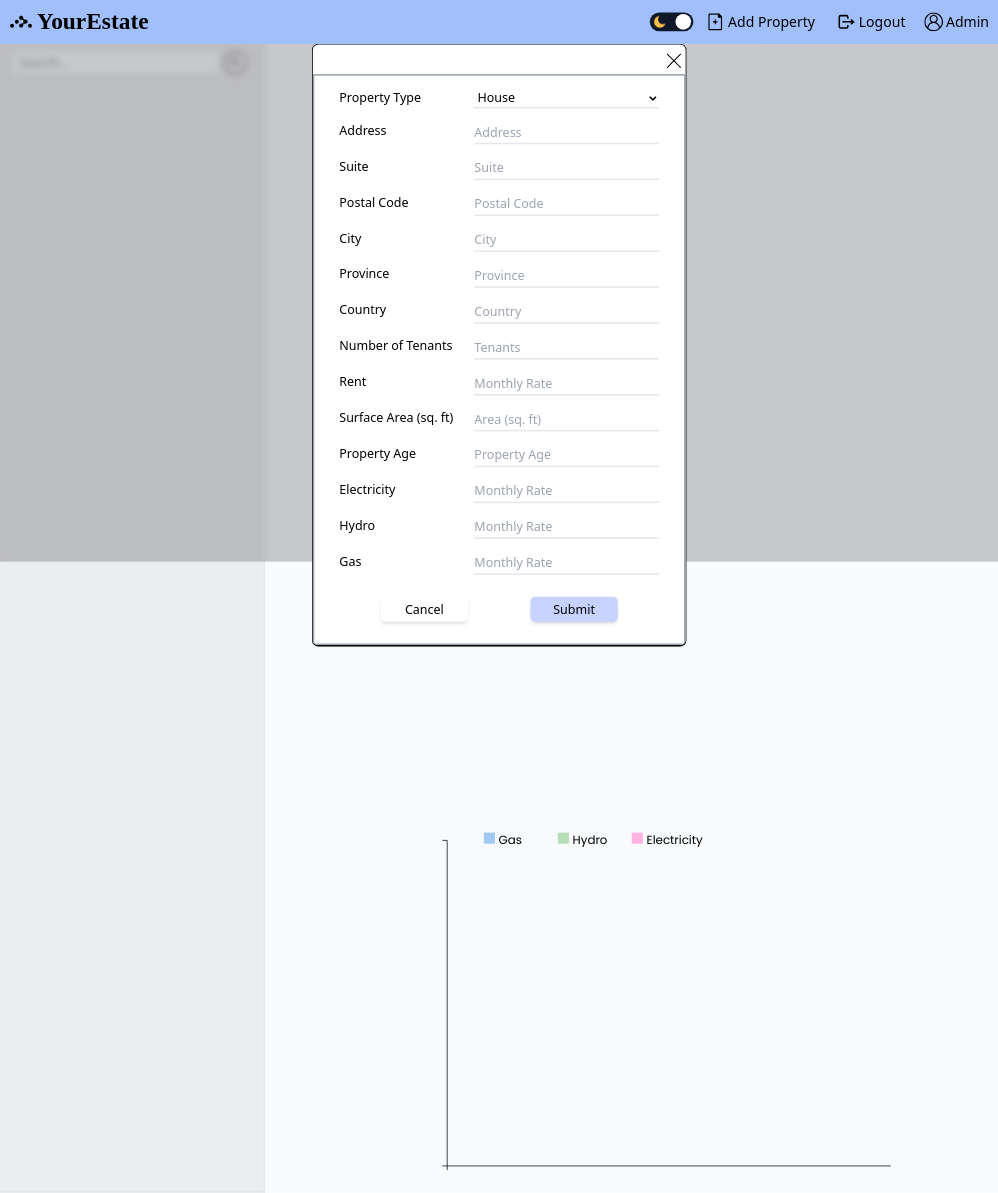
Repository: Fortivera/yourestate
Page: /dashboard/createproperty
An editor plug-in stored every save of this project. The page is shown before and after the next save, followed by the edit.
The browser window is 1280 px wide. The pictures show the whole page, at 78% of full size.
The page's requests for data from a server got no answer. The project was rebuilt for these pictures with package versions that can differ from the ones it lists, and the page was loaded fresh each time. Some packages were replaced by stand-ins written for this rebuild. The framework's server and built-in components were replaced by stand-ins that run in the browser. No one was signed in, and anything a server would have sent is missing. Also part of the build but not shown: next.config.js, src/app/loading.tsx, src/components/PropertyCard.tsx.

Above is the page before, as saved 2023-12-31 00:46:09.

### src/app/layout.tsx
import "./globals.css"
import { Analytics } from "@vercel/analytics/react"
import { Metadata } from "next"
import ReactQueryProvider from "./providers"

export const metadata: Metadata = {
  title: {
    template: "%s | Your Estate Login",
    default: "Your Estate Login",
  },
  description: "Home page for the real estate web application",
}

export default function RootLayout({ children }: { children: React.ReactNode }) {
  return (
    <html lang="en">
      <body>
        <ReactQueryProvider>
          {children}
          <Analytics />
        </ReactQueryProvider>
      </body>
    </html>
  )
}

### src/app/dashboard/layout.tsx
import { ThemeContextProvider } from "@/context/ThemeContex"
import ThemeProvider from "@/providers/ThemeProvider"
import { QueryClient, HydrationBoundary, dehydrate } from "@tanstack/react-query"
import { getProperty } from "lib/useRequestFunctions"

import { Analytics } from "../../components/Analytics/Analytics"
import Navbar from "../../components/Navbar"
import PropertiesList from "../../components/PropertiesList"

// import { usePropertyStore } from "../usePropertiesStore"

export default async function Layout({ children }: { children: React.ReactNode }) {
    const queryClient = new QueryClient()
    await queryClient.prefetchQuery({
        queryKey: ["allProperties"],
        queryFn: getProperty,
    })

    // const allPropertiesPromise: Promise<Property[]> = await getProperty()
    // const allProperties = await allPropertiesPromise

    // usePropertyStore.setState({ allProperties })

    return (
        <>
            <ThemeContextProvider>
                <ThemeProvider>
                    <header>
                        <Navbar />
                    </header>
                    <div>{children}</div>
                    <main>
                        <div className="flex flex-col md:flex-row mt-14">
                            <div className="w-screen md:h-auto md:w-[29rem] h-[50vh]">
                                <HydrationBoundary state={dehydrate(queryClient)}>
                                    <PropertiesList />
                                </HydrationBoundary>
                            </div>
                            <HydrationBoundary state={dehydrate(queryClient)}>
                                <Analytics />
                            </HydrationBoundary>
                        </div>
                    </main>
                </ThemeProvider>
            </ThemeContextProvider>
        </>
    )
}

### src/app/dashboard/createproperty/layout.tsx
'use client'

import Layout from "../layout";
import ProductsPage from "../page";

export default function Layouta({ children, }: { children: React.ReactNode }) {
    return (
        <>

            {children}
        </>
    )

}

### src/app/globals.css
@import url("https://fonts.googleapis.com/css2?family=Lora:ital,wght@0,400;0,500;0,600;1,400;1,500;1,600&family=Montserrat:ital,wght@0,300;0,400;0,500;0,600;1,300;1,400;1,500;1,600&family=Poppins:ital,wght@0,300;0,400;0,500;0,600;0,700;0,800;0,900;1,300;1,400;1,500;1,600;1,700;1,800;1,900&family=Noto+Sans:ital,wght@0,300;0,400;0,500;0,600;0,700;0,800;0,900;1,300;1,400;1,500;1,600;1,700;1,800;1,900&display=swap");

@tailwind base;
@tailwind components;
@tailwind utilities;

.navbarDark {
    background-color: rgb(45 48 56);
    color: #ddd;
}
.navbarLight {
    background-color: rgb(161, 192, 251);
    color: black;
}
.propertyListLight {
    background-color: rgb(249 250 251);
    color: black;
    border-color: rgb(229 231 235);
}
.propertyListDark {
    background-color: rgb(45 48 56 / 0.95);
    color: #ddd;
}
.searchbarLight {
    background-color: rgb(248 250 252);
    color: black;
}
.searchbarDark {
    background-color: rgb(100 116 139 / 0.6);
    color: #ddd;
}
.propertyLight {
    background-color: rgb(249 250 251);
    color: black;
}
.propertyDark {
    background-color: rgb(45 48 56 / 0.95);
    color: #ddd;
}

### src/app/providers.tsx
"use client"
import { ReactNode, useState } from "react"
import { QueryClient, QueryClientProvider } from "@tanstack/react-query"
import { ReactQueryDevtools } from "@tanstack/react-query-devtools"

type Props = {
  children: ReactNode
}

export default function ReactQueryProvider({ children }: Props) {
  const [queryClient] = useState(() => new QueryClient())

  return (
    <QueryClientProvider client={queryClient}>
      <ReactQueryDevtools initialIsOpen={false} />
      {children}
    </QueryClientProvider>
  )
}

### src/context/ThemeContex.tsx
"use client"
import { createContext, useState, ReactNode, useEffect } from "react"

interface ChildrenProps {
    children: ReactNode
}

interface ThemeContextType {
    theme: string
    toggle: () => void
}

// This component is responsible to registering and remembering what theme was chosen by the user
// we use local storage for that
export const ThemeContext = createContext<ThemeContextType>({
    theme: "light",
    toggle: () => {},
})

function getFromLocalStorage() {
    if (typeof window === "undefined") {
        return "light" // Use a default theme on the server-side
    }
    return localStorage.getItem("theme") || "light"
}

export const ThemeContextProvider = ({ children }: ChildrenProps) => {
    const [theme, setTheme] = useState<string>(getFromLocalStorage)

    // since next.js uses server side rendering, we must specify if the transition to client is completed
    const toggle = () => {
        setTheme((prevTheme) => (prevTheme === "light" ? "dark" : "light"))
    }

    useEffect(() => {
        localStorage.setItem("theme", theme)
    }, [theme])

    return <ThemeContext.Provider value={{ theme, toggle }}>{children}</ThemeContext.Provider>
}

### src/providers/ThemeProvider.tsx
"use client"

import { useState, useEffect, useContext, ReactNode } from "react"
import { ThemeContext } from "@/context/ThemeContex"

interface ChildrenProps {
    children: ReactNode
}

// this component is created to keep the layout/page as server side rendered.
// useContext() requires you to have "use client"

export default function ThemeProvider({ children }: ChildrenProps) {
    const { theme } = useContext(ThemeContext)
    const [mounted, setMounted] = useState(false)

    useEffect(() => {
        setMounted(true)
    }, [])

    if (!mounted) {
        return null // or a loading placeholder if desired
    }
    return <div className={theme}>{children}</div>
}

### lib/useRequestFunctions.ts
export function filterId(arr: Property[], propertyid: number) {
  for (let i = 0; i < arr.length; i++) {
    try {
      if (arr[i].id != propertyid) {
        continue
      } else {
        return arr[i] as Property
      }
    } catch (error) {
      console.error(error)
    }
  }
}

export function deleteProperty(userInput: number) {
  const url = `${process.env.NEXT_PUBLIC_SERVER_URL}${process.env.NEXT_PUBLIC_PROPERTY_ENDPOINT}${userInput}`
  console.log(url)
  try {
    fetch(url, {
      method: "DELETE",
      body: JSON.stringify(userInput),
      headers: {
        "Content-Type": "application/json",
      },
    })
  } catch (err) {
    console.error(err)
    alert(`We can't submit the form, because of ${err}`)
  }
}

// eslint-disable-next-line no-unused-vars
export async function updateProperty(userInput: Property, id: number) {
  const url = `${process.env.NEXT_PUBLIC_SERVER_URL}${process.env.NEXT_PUBLIC_PROPERTY_ENDPOINT}/${id}`
  // const url = "http://localhost:5085/api/Properties/39"
  console.log(url)
  try {
    const response = await fetch(url, {
      method: "PUT",
      body: JSON.stringify(userInput),
      headers: {
        "Content-Type": "application/json",
      },
    })
    if (!response.ok) {
      throw new Error(`Invalid response: ${response.status}`)
    }
  } catch (err) {
    console.error(err)
    alert("We can't submit the form, try again later?")
  }
}

export async function getProperty(): Promise<Property[]> {
  try {
    const response = await fetch(`${process.env.NEXT_PUBLIC_SERVER_URL}${process.env.NEXT_PUBLIC_PROPERTY_ENDPOINT}`, {
      cache: "no-store",
    })
    if (!response.ok) {
      throw new Error("Failed to fetch data.")
    }

    const propertyCollection: Property[] = await response.json()
    return propertyCollection
  } catch (err) {
    console.log(err)
    return []
  }
}

// Helper function to get the token and save it in localStorage
export async function tokenHandleResponse(response: Response) {
  if (response.ok) {
    const data = await response.json()
    if (data.token) {
      localStorage.setItem("token", data.token)
      return data
    }
    throw new Error("Token not found in response")
  }
  throw new Error("Network response was not ok.")
}

### src/components/Analytics/Analytics.tsx
"use client"
import Loading from "@/app/loading"
import { ThemeContext } from "@/context/ThemeContex"
import { useQuery } from "@tanstack/react-query"
import { getProperty } from "lib/useRequestFunctions"
import React, { Suspense, useContext } from "react"
import { D3BarChart } from "./D3charts/D3BarChart"
import { D3DonutPieChart } from "./D3charts/D3DonutPieChart"
import { D3PieChart } from "./D3charts/D3PieChart"

// interface Props {
//     allProperties: Property[]
// }

export const Analytics = () => {
    const { theme } = useContext(ThemeContext)
    const { data: allProperties, error } = useQuery({
        queryKey: ["allProperties"],
        queryFn: getProperty,
    })
    if (error) return <div>Failed to load</div>
    return (
        <>
            {/* <div className="w-full h-full">{<iframe height="100%" width="100%" title="Report Section" src="https://app.powerbi.com/view?r=eyJrIjoiZDVmOGZlMWMtN2VkYS00NmRkLWJiZDgtMGY1MzQyNTdlOWQ1IiwidCI6IjcwYWQ5MjFmLTFmZjQtNDZjNC1hMmZkLWIxNTc0MjcxODQ3NiJ9" allowFullScreen={true}></iframe>}</div> */}
            <div className={`${theme === "light" ? "bg-slate-50" : "bg-[#515F73]"} grid grid-cols-1 desktop:grid-cols-2 w-full py-2 px-1 font-Poppins`}>
                <div>
                    <Suspense fallback={<Loading />}>
                        <D3DonutPieChart allProperties={allProperties!} />
                    </Suspense>
                </div>
                <div>
                    <Suspense fallback={<Loading />}>
                        <D3PieChart allProperties={allProperties!} />
                    </Suspense>
                </div>
                <div className="md:col-span-full flex justify-center">
                    <Suspense fallback={<Loading />}>
                        <D3BarChart allProperties={allProperties!} />
                    </Suspense>
                </div>
            </div>
        </>
    )
}

### src/components/Modal.tsx
"use client"

import { MouseEventHandler, useContext } from "react"
import { useRouter } from "next/navigation"
import { ThemeContext } from "@/context/ThemeContex"

export const Modal = ({ children }: any) => {
    const router = useRouter()
    const { theme } = useContext(ThemeContext)
    const closeHandler: MouseEventHandler = (): void => {
        router.push("/dashboard")
    }
    return (
        <>
            <div className="bg-black/20 backdrop-blur-sm bg-blend-saturation  fixed top-0 w-full h-screen bg-cover z-10 " onClick={closeHandler} />
            <dialog
                open
                className={`
    ${theme === "light" ? "bg-white" : "bg-[#33363e] text-[#e6e1e1]"}
    w-[80%] max-w-[480px] md:w-1/2
    mx-auto border-[1px] border-b-[2px] border-black rounded-lg shadow-sm overflow-hidden pt-1 z-10
  `}
            >
                {children}
            </dialog>
        </>
    )
}

### public/CancelIcon.tsx

export default function CancelIcon() {

  return (
    <svg xmlns="http://www.w3.org/2000/svg" fill="#000000" width="30px" height="30px" viewBox="0 0 256 256" id="Flat">
      <path d="M202.82861,197.17188a3.99991,3.99991,0,1,1-5.65722,5.65624L128,133.65723,58.82861,202.82812a3.99991,3.99991,0,0,1-5.65722-5.65624L122.343,128,53.17139,58.82812a3.99991,3.99991,0,0,1,5.65722-5.65624L128,122.34277l69.17139-69.17089a3.99991,3.99991,0,0,1,5.65722,5.65624L133.657,128Z" />
      <path xmlns="http://www.w3.org/2000/svg" d="M202.82861,197.17188a3.99991,3.99991,0,1,1-5.65722,5.65624L128,133.65723,58.82861,202.82812a3.99991,3.99991,0,0,1-5.65722-5.65624L122.343,128,53.17139,58.82812a3.99991,3.99991,0,0,1,5.65722-5.65624L128,122.34277l69.17139-69.17089a3.99991,3.99991,0,0,1,5.65722,5.65624L133.657,128Z" />
    </svg>
  )
}

### src/components/ThemeToggle.tsx
"use client"

import { ThemeContext } from "@/context/ThemeContex"
import Image from "next/image"
import { useContext } from "react"

export default function ThemeToggle() {
    const { toggle, theme } = useContext(ThemeContext)

    return (
        <>
            <span className="sr-only">Toggle theme</span>
            <div className="flex items-center w-14 h-6 rounded-full cursor-pointer justify-between  relative" onClick={toggle} style={theme === "dark" ? { backgroundColor: "white" } : { backgroundColor: "#0f172a" }}>
                <Image src="/static/moon.png" alt={"moon icon"} width={18} height={10} className={"m-1"} />
                <div className="rounded-full w-5 h-5 absolute m-0.5" style={theme === "dark" ? { left: 1, background: "#0f172a" } : { right: 1, background: "white" }} />
                <Image src="/static/sun.png" alt={"sun icon"} width={18} height={10} className={"m-1"} />
            </div>
        </>
    )
}

### public/static/SvgLogout.tsx
import * as React from "react"
import { SVGProps } from "react"
const SvgLogout = (props: SVGProps<SVGSVGElement>) => (
    <svg xmlns="http://www.w3.org/2000/svg" width={24} height={24} fill="none" stroke="currentColor" {...props}>
        <path stroke="none" d="M0 0h24v24H0z" />
        <path d="M14 8V6a2 2 0 0 0-2-2H5a2 2 0 0 0-2 2v12a2 2 0 0 0 2 2h7a2 2 0 0 0 2-2v-2" />
        <path d="M7 12h14l-3-3m0 6 3-3" />
    </svg>
)
export default SvgLogout

### public/static/SvgAddProperty.tsx
import * as React from "react"
import { SVGProps } from "react"
const SvgAddProperty = (props: SVGProps<SVGSVGElement>) => (
  <svg xmlns="http://www.w3.org/2000/svg" width={24} height={24} fill="none" {...props}>
    <path stroke="currentColor" d="M9 12h3m3 0h-3m0 0V9m0 3v3M4 21.4V2.6a.6.6 0 0 1 .6-.6h11.652a.6.6 0 0 1 .424.176l3.148 3.148A.6.6 0 0 1 20 5.75V21.4a.6.6 0 0 1-.6.6H4.6a.6.6 0 0 1-.6-.6Z" />
    <path fill="currentColor" stroke="currentColor" d="M16 5.4V2.354a.354.354 0 0 1 .604-.25l3.292 3.292a.353.353 0 0 1-.25.604H16.6a.6.6 0 0 1-.6-.6Z" />
  </svg>
)
export default SvgAddProperty

### public/static/SvgLogoName.tsx
import * as React from "react"
import { SVGProps } from "react"
const SvgLogoName = (props: SVGProps<SVGSVGElement>) => (
    <svg xmlns="http://www.w3.org/2000/svg" width={163} height={52} overflow="hidden" {...props}>
        <text fill="currentColor" transform="translate(-.785 35)">
            {"\n              YourEstate\n            "}
        </text>
    </svg>
)
export default SvgLogoName

### public/static/SvgMainLogo.tsx
import * as React from "react"
import { SVGProps } from "react"
const SvgMainLogo = (props: SVGProps<SVGSVGElement>) => (
  <svg
    xmlns="http://www.w3.org/2000/svg"
    width={42}
    height={40}
    fill="currentColor"
    overflow="hidden"
    {...props}
  >
    <path d="M13.582 20.41c-1.39 0-2.523-1.142-2.523-2.542s1.133-2.542 2.523-2.542c1.39 0 2.523 1.142 2.523 2.542 0 1.399-1.134 2.542-2.523 2.542zm-6.058 5.047c-1.388-.003-2.518-1.15-2.514-2.55a2.537 2.537 0 0 1 2.532-2.534c1.389.003 2.519 1.15 2.514 2.551a2.538 2.538 0 0 1-2.532 2.533zm22.962 0a2.538 2.538 0 0 1-2.543-2.523c-.007-1.402 1.118-2.553 2.505-2.56a2.538 2.538 0 0 1 2.542 2.522c.008 1.401-1.118 2.553-2.504 2.561zM25.757 15.474c-.686-.214-1.419-.303-2.138-.381-1.112-.12-1.555-.554-1.743-1.668-.106-.622-.254-1.26-.523-1.825-.513-1.075-1.715-1.557-2.922-1.282-1.02.233-1.867 1.248-1.914 2.29-.054 1.188.626 2.203 1.794 2.553.555.167 1.145.25 1.724.293 1.063.077 1.418.394 1.705.878.182.306.357.607.357 1.517 0 .911-.177 1.212-.357 1.517-.287.484-.642.8-1.705.879-.58.042-1.17.126-1.724.293-1.168.351-1.848 1.364-1.794 2.554.047 1.041.895 2.056 1.914 2.289 1.207.276 2.409-.207 2.922-1.282.27-.564.417-1.203.523-1.825.189-1.114.632-1.547 1.743-1.668.72-.078 1.452-.168 2.138-.382 1.041-.325 1.667-1.296 1.667-2.375 0-1.078-.626-2.048-1.667-2.375z" />
  </svg>
)
export default SvgMainLogo

### public/static/SvgUser.tsx
import * as React from "react"
import { SVGProps } from "react"
const SvgUser = (props: SVGProps<SVGSVGElement>) => (
    <svg
        xmlns="http://www.w3.org/2000/svg"
        width={24}
        height={24}
        fill="none"
        stroke="currentColor"
        viewBox="0 0 512 512"
        {...props}
    >
        <path
            fill="currentColor"
            strokeWidth={0.1}
            d="M224 1.5c-30 3.9-54.3 11.2-81.5 24.5C80.8 56.2 32.4 112.4 11.6 177.8 3.4 204 0 226.5 0 256c0 21.6 1.7 38.2 5.6 55.7 10.5 47.2 32.8 88.2 66.9 123.2 41.9 43 94.8 69 155 76 13.5 1.6 46.3 1.4 60.7-.5 58.7-7.4 110.8-33.6 152.3-76.5 39-40.4 63.2-90.7 70-145.9 2-16.3 2-47.7 0-64-9.2-74.2-51.1-141.3-114-182.6C363.4 19.8 326.9 6.3 288 1.5c-15-1.8-50.1-1.8-64 0zm50.1 32c25.8 1.4 55.4 9.7 81.4 22.7 57.4 28.7 100.1 81 116.4 142.8 5.9 22.4 6.6 28.1 6.6 57s-.7 34.6-6.6 57c-7.4 27.8-20.4 54.6-37.8 77.6l-4.8 6.3-2.7-10.2c-13.5-50.4-48.2-92.1-95.5-114.5l-9.4-4.5 4.4-3.5c18.6-14.9 33.2-37.7 39.2-61.1 1.9-7.3 2.2-11.4 2.2-27.1 0-15.7-.3-19.8-2.2-27.1-10.2-40-42-72-81.7-82.1-12.4-3.1-37-3.6-49.6-1-45.1 9.5-78.9 42.9-88 87.2-1.9 9-2.1 12.8-1.7 26.5.6 18.3 2.3 27 8.5 41.3 6.8 15.8 19.6 32.6 33.1 43.4l4.3 3.5-13.3 6.6c-7.4 3.7-17.7 9.8-22.9 13.5-11.7 8.3-33.5 29.8-41.4 41-12.2 17.3-22 38.2-27.3 58.1l-2.6 10-4.8-6.3c-21.4-28.3-35.6-61.2-42.6-98.6-2.5-13.7-2.5-58.3 0-72 8.8-46.8 28.2-85.6 59.2-117.9 32.1-33.5 72.8-56.1 117-65 16-3.2 35.8-5.1 48-4.4 2.8.1 9.3.5 14.6.8zm.7 65.6c17.8 4.1 35.8 16.3 46.1 31.3 4.9 7.1 10.7 20.2 12.5 28.3 2 9.2 2.1 25.3 0 34.6-2 9.4-10 25.7-16.2 33.1-23 27.6-61.7 36.5-93.9 21.6-10.2-4.8-16.1-8.8-23.3-16-15.2-15.2-23-34.1-23-56 0-17 4.6-31.8 14.2-45.9 4.9-7 15.8-17.1 23.4-21.7C234 97 253 94.1 274.8 99.1zm-5.3 190.3c16.1 1 38.8 7.8 54.5 16.4 25.3 13.8 48.9 38.4 61.1 63.9 7.5 15.6 12.5 33.9 13.6 49.8l.6 8.1-8.9 6.6c-13 9.6-21.4 14.8-34.9 21.5-35.5 17.8-72.6 25.4-112.8 23.2-43-2.4-83.8-17.3-119.7-43.7l-10.3-7.5.7-9.1c1.1-16.7 7.8-38.9 16.4-54.6 6.5-11.9 14.5-22.4 25.1-33 20.1-20.1 41.3-32 68.6-38.6 10-2.4 28.5-4.4 34.5-3.8 1.4.2 6.6.5 11.5.8z"
        />
    </svg>
)
export default SvgUser

### src/components/Search.tsx
"use client"

const SearchIcon = () => {
  return (
    <svg
      version="1.0"
      xmlns="http://www.w3.org/2000/svg"
      width="40"
      height="40"
      viewBox="0 0 256.000000 256.000000"
      preserveAspectRatio="xMidYMid meet"
    >
      <g
        transform="translate(0.000000,256.000000) scale(0.100000,-0.100000)"
        fill="currentColor"
        stroke="none"
      >
        <path
          d="M1113 2245 c-351 -64 -645 -314 -758 -645 -196 -576 163 -1180 764
                    -1285 464 -81 934 198 1086 646 196 573 -165 1179 -764 1284 -101 18 -230 18
                    -328 0z m348 -45 c313 -64 570 -277 690 -571 134 -329 63 -718 -177 -977 -148
                    -161 -305 -249 -516 -292 -259 -53 -535 11 -749 176 -79 60 -183 176 -229 254
                    -184 310 -184 669 1 983 59 100 211 251 314 311 211 122 439 162 666 116z"
        />
        <path
          d="M1028 1765 c-61 -17 -107 -45 -156 -99 -51 -56 -67 -87 -83 -164 -14
                    -68 -3 -157 28 -215 20 -40 89 -113 129 -138 41 -25 125 -49 174 -49 56 0 141
                    27 185 58 l40 30 202 -201 c161 -160 205 -199 215 -189 10 10 -29 54 -188 215
                    l-201 202 32 46 c59 85 69 217 25 316 -21 49 -88 124 -136 154 -74 45 -177 59
                    -266 34z m214 -53 c59 -26 124 -91 151 -151 30 -64 30 -178 0 -242 -27 -60
                    -92 -125 -152 -152 -64 -30 -178 -30 -242 0 -129 59 -202 206 -169 342 43 180
                    242 278 412 203z"
        />
      </g>
    </svg>
    // <Image width={"40"} height={"40"} className="rounded-full min-w-[40px]" src="/static/ann.png" alt={""} />
  )
}

export default SearchIcon

Loaded but not shown: tailwind.config.js (44 lines, source omitted); src/components/Analytics/D3charts/D3BarChart.tsx (216 lines, source omitted); src/app/dashboard/createproperty/page.tsx (146 lines, source omitted); src/components/Navbar.tsx (98 lines, source omitted); src/components/Analytics/D3charts/D3DonutPieChart.tsx (146 lines, source omitted); src/components/Analytics/D3charts/D3PieChart.tsx (140 lines, source omitted); src/components/FormLabels.tsx (178 lines, source omitted); src/components/PropertiesList.tsx (86 lines, source omitted)

After the next save:
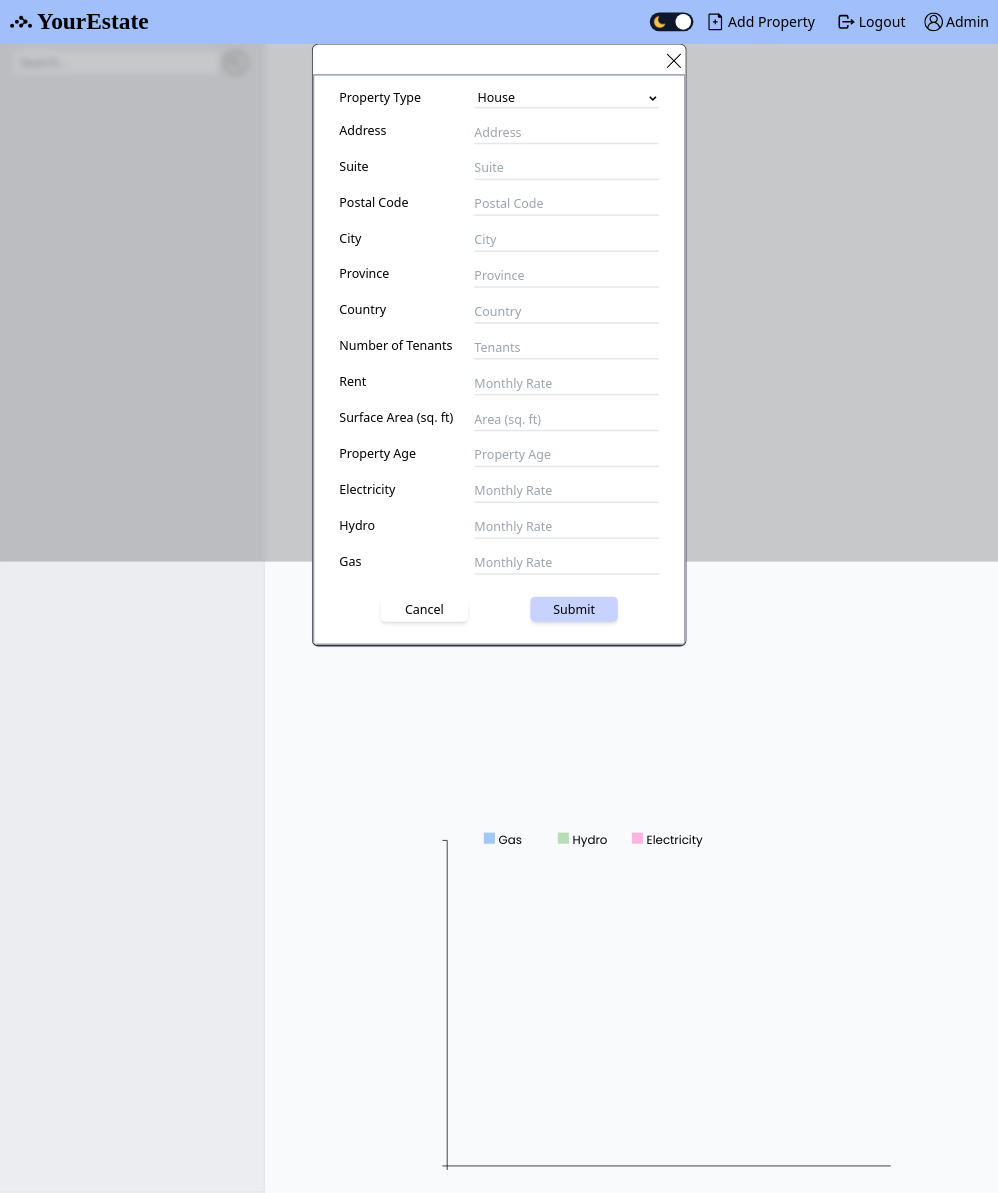
Saved 19 s later.
--- a/src/components/Modal.tsx
+++ b/src/components/Modal.tsx
@@ -18,7 +18,7 @@ export const Modal = ({ children }: any) => {
                 className={`
     ${theme === "light" ? "bg-white" : "bg-[#33363e] text-[#e6e1e1]"}
     w-[80%] max-w-[480px] md:w-1/2
-    mx-auto border-[1px] border-b-[2px] border-black rounded-lg shadow-sm overflow-hidden pt-1 z-10
+    mx-auto border-[1px] border-b-[2px] border-[#33363e] rounded-lg shadow-sm overflow-hidden pt-1 z-10
   `}
             >
                 {children}
